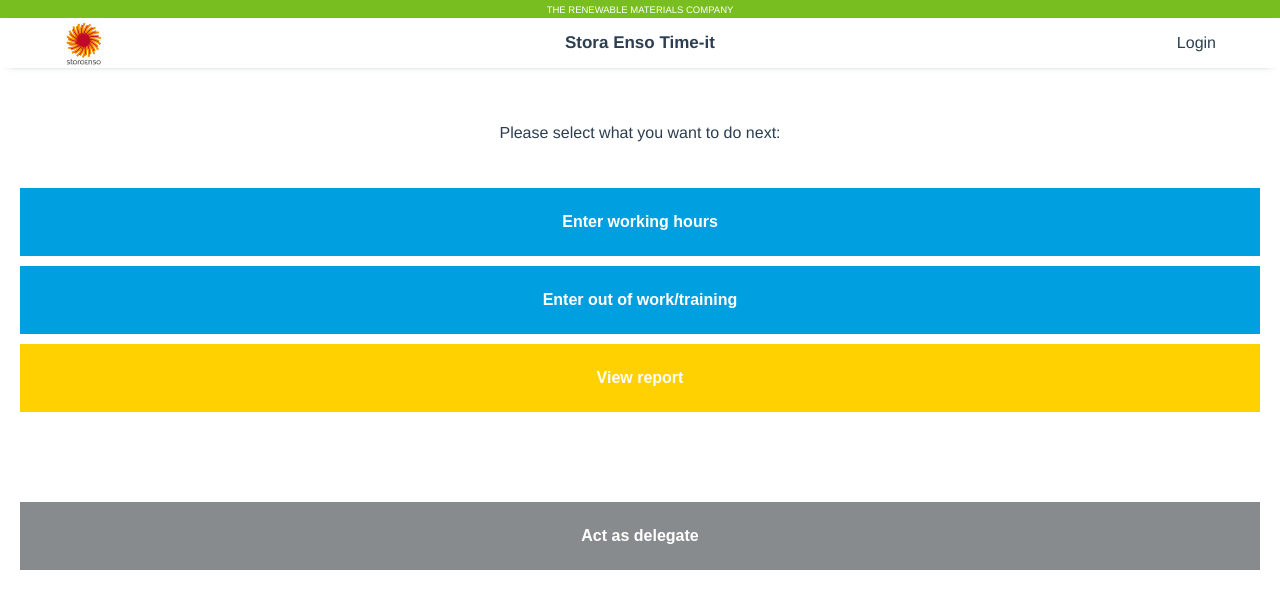
Repository: marianreha/vue-timeit
Page: /
These files come from the project's save history. The page is drawn as it stood at one moment and after the next save; the edit follows.
The browser window is 1280 px wide. The pictures show the whole page.
Some web fonts or font styles are not loaded; a fallback is used. The project was rebuilt for these pictures with package versions that can differ from the ones it lists, and the page was loaded fresh each time. Also part of the build but not shown: vue.config.js.

Above is the page before, as saved 2020-03-29 21:11:57.

### src/App.vue
<template>
  <div id="app">
    <Navbar />
    <Home />
  </div>
</template>

<script>
import Navbar from './components/Navbar'
import Home from './components/Home'

export default {
  name: 'App',
  components: {
    Navbar,
    Home,
  }
}
</script>

<style>
@import url(//db.onlinewebfonts.com/c/2afedaab5a5177410b408023384af22d?family=HelveticaNeueLTW01-55Roman);

#app {
  font-family: Helvetica, Arial, sans-serif;
  -webkit-font-smoothing: antialiased;
  -moz-osx-font-smoothing: grayscale;
  text-align: center;
  color: #2c3e50;
  padding: 0px;
}

body {
  margin: 0;
}

* {
    cursor: default;
}

</style>

### src/components/Navbar.vue
<template>
  <div>
      <header class="green">
          The renewable materials company
      </header>
      <header class="navbar">
          <img class="logo" src="../assets/logo.jpg" alt="logo">
          <nav>
              Stora Enso Time-it
          </nav>
          <span>Login</span>
      </header>
  </div>
</template>

<script>
export default {
    name: 'Navbar',
}
</script>

<style>
.green {
    padding: 4px 0 3px 0;
    background-color: #78BE20;
    color: #FFFFFF;
    font-size: 9.5px;
    text-transform: uppercase;
}

.navbar {
    display: flex;
    height: 2rem;
    justify-content: space-between;
    align-items: center;
    padding: 25px 5%;
    box-shadow: 0 3px 8px -8px;
    box-sizing: border-box;
}

.navbar nav {
    font-weight: bold;
    font-size: 17px;
}

.logo {
    height: 45px;
    cursor: pointer;
}
</style>>

### src/components/Home.vue
<template>
    <div>
        <p>Please select what you want to do next:</p>
        <div class="container">
            <button class="btn">Enter working hours</button>
            <button class="btn">Enter out of work/training</button>
            <button class="btn btn-yellow">View report</button>
            <button class="btn btn-delegate">Act as delegate</button>
        </div>
    </div>
</template>

<script>
export default {
    name: "Home"
}
</script>

<style>
p {
    padding: 40px 0 30px 0;
}

.container {
    padding: 0 20px;
    display: flex;
    flex-direction: column;
}

.btn {
    padding: 25px;
    margin-bottom: 10px;
    background-color: #009FDF;
    border: none;
    color: #ffffff;
    font-size: 16px;
    font-weight: bold;
}

.btn:hover {
    background-color: #006cbe;
}

.btn-yellow {
    background-color: #FFD100;
}

.btn-delegate {
    background-color: #888B8D;
    margin-top: 80px;
}


/* .buttons {
    display: flex;
    flex-direction: column;
    padding: 0 5%;
    max-width: 700px;
    text-align: center;
}

.buttons span {
    padding: 25px 20% 25px 20%;
    color: #ffffff;
    font-weight: bold;
    margin: 5px;
}




} */

/* .btn-group {
    display: block;
    padding: 0 10%;
    width: 120%;
    justify-content: left;
}

.btn-group button {
    padding: 25px;
} */

</style>

Loaded but not shown: public/index.html (common file); src/main.js (common file)

After the next save:
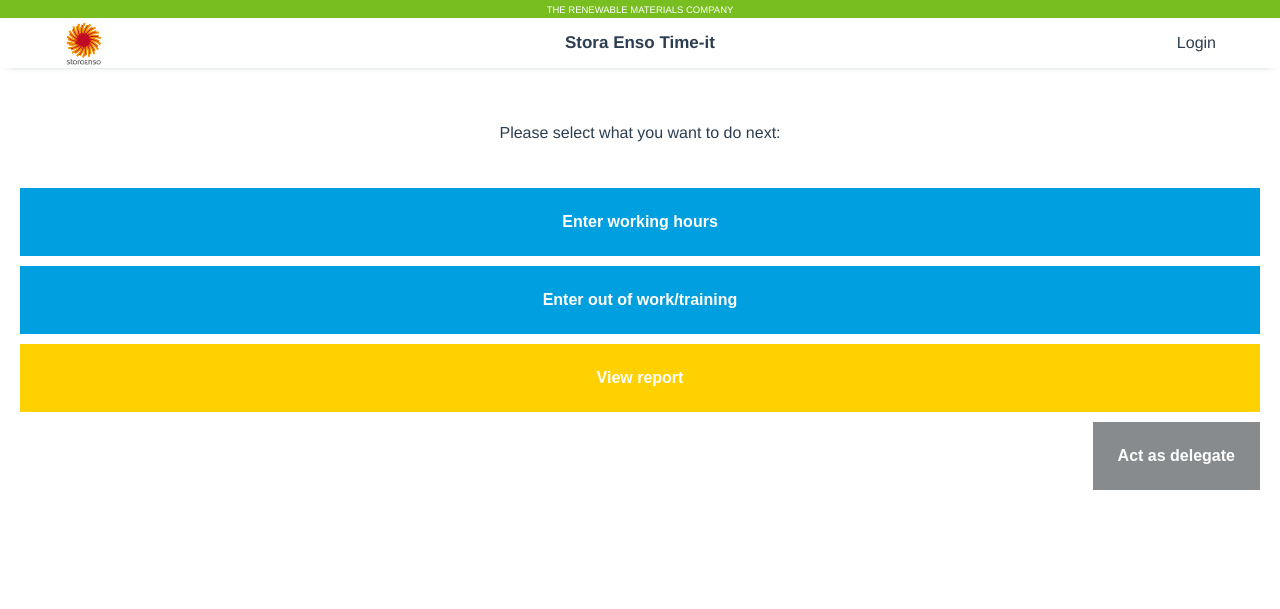
Saved 43 s later.
--- a/src/components/Home.vue
+++ b/src/components/Home.vue
@@ -47,7 +47,8 @@
 
 .btn-delegate {
     background-color: #888B8D;
-    margin-top: 80px;
+    /* margin-top: 80px; */
+    align-self: flex-end;
 }
 
 
